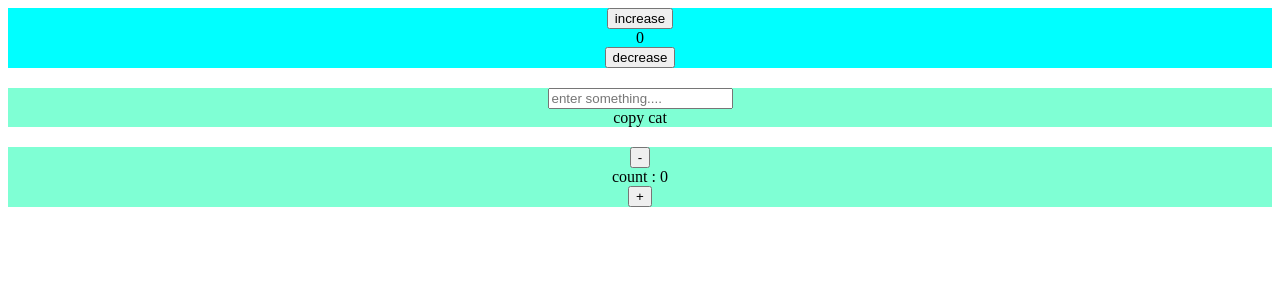
Repository: Samkiroko/react-hooks
Page: /
These files come from the project's save history. The page is drawn as it stood at one moment and after a run of saves; the edit follows.
The browser window is 1280 px wide. The pictures show the whole page.
The project was rebuilt for these pictures with package versions that can differ from the ones it lists, and the page was loaded fresh each time. Also part of the build but not shown: src/components/usereducer/useReducer2.js.

Above is the page before, as saved 2021-08-22 22:06:57.

### src/index.css
.counter {
    display: flex;
    flex-direction: column;
    background-color: aqua;
    align-items: center;
}

.input2 {
    margin-top: 20px;
    display: flex;
    flex-direction: column;
    align-items: center;
    background-color: aquamarine;
}

### src/App.js
import useReducer2 from './components/usereducer/useReducer2'
import UserReducer from './components/usereducer/UserReducer'
import Usestate from './components/usestate/Usestate'
import Usestate2 from './components/usestate/Usestate2'

function App() {
  return (
    <div className='App'>
      <Usestate />
      <Usestate2 />
      <UserReducer />
      <useReducer2 />
    </div>
  )
}

export default App

### src/components/usereducer/UserReducer.js
import React, { useReducer } from 'react'

const reducer = (state, dispatch) => {
  switch (dispatch.type) {
    case 'INCREMENT':
      return state + 1
    case 'DECREMENT':
      return state - 1
    default:
      return state
  }
}

const UserReducer = () => {
  // State is the state we want to show in the UI
  const [state, dispatch] = useReducer(reducer, 0)
  return (
    <div className='input2'>
      <button onClick={() => dispatch({ type: 'DECREMENT' })}>-</button>
      count : {state}
      <button onClick={() => dispatch({ type: 'INCREMENT' })}>+</button>
    </div>
  )
}

export default UserReducer

### src/components/usestate/Usestate.js
import React, { useState } from 'react'

const Usestate = () => {
  const [count, setCount] = useState(0)
  const increase = () => {
    setCount(count + 1)
  }
  const decrease = () => {
    setCount(count - 1)
  }
  return (
    <div>
      <div className='counter'>
        <button onClick={increase}>increase</button>
        {count}
        <button onClick={decrease}>decrease</button>
      </div>
    </div>
  )
}

export default Usestate

### src/components/usestate/Usestate2.js
import React, { useState } from 'react'

const Usestate2 = () => {
  const [inputValue, setInputValue] = useState('copy cat')
  const inputData = (event) => {
    setInputValue(event.target.value)
  }

  return (
    <div className='input2'>
      <input type='text' placeholder='enter something....' onChange={inputData} />
      {inputValue}
    </div>
  )
}

export default Usestate2

### src/components/usereducer/UseReducer2.js
import React, { useReducer } from 'react'

const reducer = (state = 'copy cat', action) => {
  switch (action.type) {
    case 'SET_STATE': {
      const newValue = action.payload
      return newValue
    }
    default:
      return state
  }
}

const UseReducer2 = () => {
  const [state, dispatch] = useReducer(reducer, 'copy cat')
  return (
    <div className='input2'>
      <input
        type='text'
        placeholder='enter something....'
        onChange={(event) => dispatch({ type: 'SET_STATE', payload: event.target.value })}
      />
      {state}
    </div>
  )
}

export default UseReducer2

Loaded but not shown: public/index.html (common file); src/index.js (common file)

After the next 2 saves:
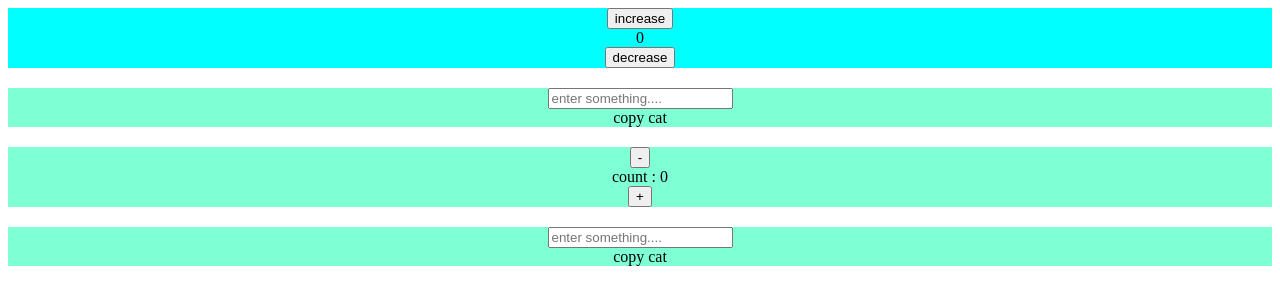
The 2 saves are shown as one change because 1 did not build or start.
The last was saved 30 s later.
--- a/src/App.js
+++ b/src/App.js
@@ -1,4 +1,4 @@
-import useReducer2 from './components/usereducer/useReducer2'
+import UseReducer2 from './components/usereducer/UseReducer2'
 import UserReducer from './components/usereducer/UserReducer'
 import Usestate from './components/usestate/Usestate'
 import Usestate2 from './components/usestate/Usestate2'
@@ -9,7 +9,7 @@ function App() {
       <Usestate />
       <Usestate2 />
       <UserReducer />
-      <useReducer2 />
+      <UseReducer2 />
     </div>
   )
 }
